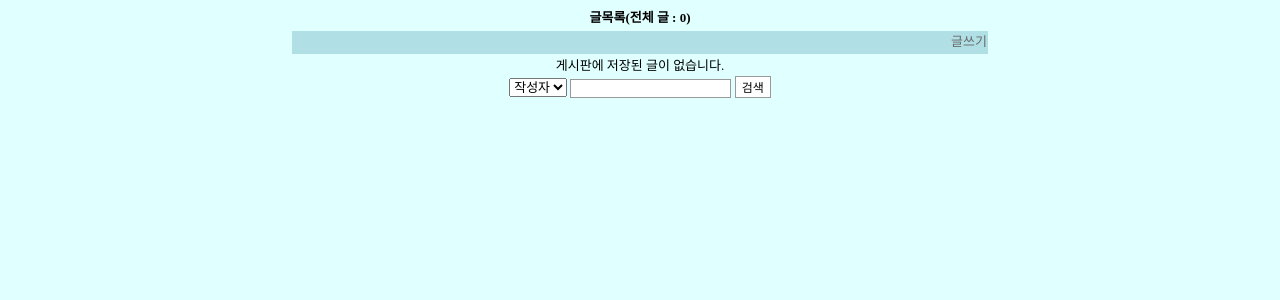
Repository: kr1124/jsp
Page: http://localhost/ServletProject/board/list.jsp
The author's editor kept a copy of each file at every save. The page is drawn from the files as they stood at one save, then again after the next save.
The browser window is 1280 px wide. The pictures show the whole page.
The page is served by Tomcat 9. Other server files are loaded and not shown. Queries for data that is not in the repository find no rows.

Above is the page before, as saved 2024-12-12 03:38:37.

### ServletProject/src/main/webapp/board/list.jsp
<%@ page language="java" contentType="text/html; charset=UTF-8" pageEncoding="UTF-8"%>
<%@ page import="com.board.BoardDAO" %>
<%@ page import="com.board.BoardVO" %>
<%@ page import="java.util.*" %>
<%@ page import="java.text.SimpleDateFormat" %>
<%@ include file="view/color.jsp" %>
<% request.setCharacterEncoding("utf-8"); %>

<%!
	int pageSize = 5; //한 페이지 내에서 보여줄 레코드(게시글) 개수

	SimpleDateFormat sdf = new SimpleDateFormat("yyyy-MM-dd HH:mm");
%>
<%
	String pageNum = request.getParameter("pageNum");
	String searchWhat = request.getParameter("searchWhat"); //writer, subject, content
	String searchText = request.getParameter("searchText"); //검색할 내용

	//파라미터 인코딩
	if(searchText != null) {
		searchText = new String(searchText.getBytes("utf-8"), "utf-8");
	}

	if(pageNum == null) {
		pageNum = "1";
	}
	int currentPage = Integer.parseInt(pageNum);

	int startRow = (currentPage - 1) * pageSize + 1;
	int endRow = currentPage * pageSize;

	int count = 0;
	int number = 0;
	List<BoardVO> articleList = null;
	BoardDAO dbPro = BoardDAO.getInstance();

	// 검색이 아니면 전체 리스트를 보여주고, 검색이면 검색한 내용을 보여준다.


	count = dbPro.getArticleCount();

	if(count > 0) {
		articleList = dbPro.getArticles(startRow, endRow);
	}
	number = count - (currentPage - 1) * pageSize;

%>

<!DOCTYPE html>
<html>
<head>
	<meta charset="UTF-8">
	<title></title>
	<link href="style.css" type="text/css" rel="stylesheet" >
</head>
<body bgcolor="<%=bodyback_c%>">
	<div align="center">
		<b>글목록(전체 글 : <%=count%>)</b>
		<table width="700">
			<tr>
				<td align="right" bgcolor="<%=value_c%>">
					<a href="writeForm.jsp">글쓰기</a>
				</td>
			</tr>
		</table>
	<%if(count == 0) { %>
		<table style="width: 700; border: 1;" cellpadding="0" cellspacing="0">
			<tr>
				<td align="center">
					게시판에 저장된 글이 없습니다.
				</td>
			</tr>
		</table>
	<%} else {%>
		<!-- <table style="width: 700; border: 1; align-items: center" cellpadding="0" cellspacing="0"> -->
		<table style="width: 700; align-items: center;" border="1"  cellpadding="0" cellspacing="0">
			<tr height="30" bgcolor="<%=value_c%>">
				<td align="center" width="50">번호</td>
				<td align="center" width="250">제목</td>
				<td align="center" width="100">작성자</td>
				<td align="center" width="150">작성일</td>
				<td align="center" width="50">조회수</td>
				<td align="center" width="100">IP</td>
			</tr>
			<%
			for(int i = 0; i < articleList.size(); i++) {
				BoardVO article = (BoardVO)articleList.get(i);
			%>
			<tr height="30">
				<td align="center" width="50"><%=number-- %></td>
				<td width="250">
				<%
				int wid = 0;
				if(article.getDepth() > 0) {
					wid = 5 * (article.getDepth());
				%>
					<img src="/img/level.gif" width="<%=wid%>" height="16">
					<img src="/img/re.gif" >
				<%} else { %>
					<img src="/img/level.gif" width="<%=wid%>" height="16">
				<%} %>
					<a href="content.jsp?num=<%=article.getNum()%>&pageNum=<%=currentPage%>">
						<%=article.getSubject() %>
					</a>
					<% if(article.getReadcount() >= 20) { %>
					<img src="img/hot.gif" border="0" height="16">
					<%} %>
				</td>
				<td align="center" width="100">
					<a href="mailto:<%=article.getEmail()%>">
						<%=article.getWriter() %>
					</a>
				</td>
				<td align="center" width="150">
					<%=sdf.format(article.getRegdate()) %>
				</td>
				<td align="center" width="50">
					<%=article.getReadcount() %>
				</td>
				<td align="center" width="100">
					<%=article.getIp() %>
				</td>
			</tr>

			<%}%>
		</table>
	<%} %>
	<%//페이지 블럭
	if(count > 0) {
		int pageBlock = 5; //밑에 나열할 페이지 숫자들의 개수 (6, 7, 8, 9, 10같은거)
		int imsi = count % pageSize == 0 ? 0 : 1;
		int pageCount = count / pageSize + imsi;

		//시작 페이지
		int startPage = (int)((currentPage - 1) / pageBlock) * pageBlock + 1;
		//마지막 페이지
		int endPage = startPage + pageBlock - 1;
		//마지막으로 보여줄 페이지
		if(endPage > pageCount) endPage = pageCount;
		//페이지 블럭을 이전과 다음으로 처리함
		if(startPage > pageBlock) {
		%>
			<a href="list.jsp?pageNum=<%=startPage - pageBlock%>">[이전]</a>
		<%}
		for(int i = startPage; i <= endPage; i++) {
		%>
			<a href="list.jsp?pageNum=<%=i%>">[<%=i%>]</a>
		<%
		}

		if(endPage < pageCount) {
		%>
			<a href="list.jsp?pageNum=<%=startPage + pageBlock%>">[다음]</a>

		<%} %>
	<%}	%>
		<!-- 검색창 -->
		<form action="list.jsp">
			<select name="searchWhat">
				<option value="writer">작성자</option>
				<option value="subject">제목</option>
				<option value="content">내용</option>
			</select>
			<input type="text" name="searchText">
			<input type="submit" value="검색">
		</form>
	</div>
</body>
</html>

### ServletProject/src/main/webapp/board/view/color.jsp
<%@ page language="java" contentType="text/html; charset=UTF-8" pageEncoding="UTF-8"%>
<%
String bodyback_c = "#e0ffff";
String back_c = "#8fbc8f";
String title_c = "#5f9ea0";
String value_c = "#b0e0e6";
String bar = "#778899";
%>

### ServletProject/src/main/java/com/board/BoardDAO.java
package com.board;

import java.sql.*;
import javax.sql.*;
import javax.naming.*;
import java.util.*;


public class BoardDAO {
	private static BoardDAO instance = null;
	private BoardDAO() {}

	public static BoardDAO getInstance() {
		if(instance == null) {
			synchronized(BoardDAO.class) {
				instance = new BoardDAO();
			}
		}

		return instance;
	}

	//데이터베이스에 데이터 추가
	public void insertArticle(BoardVO article) {
		Connection con = null;
		PreparedStatement pstmt = null;
		ResultSet rs = null;

		int num = article.getNum();
		int ref = article.getRef();
		int step = article.getStep();
		int depth = article.getDepth();

		int number = 0;
		String sql = "";

		try {
			con = ConnUtil.getConnection();
			pstmt =  con.prepareStatement("select max(num) from board");
			rs = pstmt.executeQuery();

			if(rs.next()) {
				number = rs.getInt(1);
			} else {
				number = 1;
			}

			if(number != 0) {//답글일 경우
				sql = "update board set step=step+1 where ref=? and step > ?";
				pstmt = con.prepareStatement(sql);
				pstmt.setInt(1, ref);
				pstmt.setInt(2, step);
				pstmt.executeUpdate();
				step++;
				depth++;

			} else {//새글일 경우
				ref = number;
				step = 0;
				depth = 0;
			}
			//데이터 추가하는 쿼리문
			sql = "insert into board(num, writer, email, subject, pass, ref, step, depth, regdate, content, ip) "
					+ "values(board_seq.nextval, ?, ?, ?, ?, ?, ?, ?, ?, ?, ?)";

			pstmt = con.prepareStatement(sql);

			pstmt.setString(1, article.getWriter());
			pstmt.setString(2, article.getEmail());
			pstmt.setString(3, article.getSubject());
			pstmt.setString(4, article.getPass());
			//pstmt.setInt(5, 0);
			pstmt.setInt(5, ref);
			pstmt.setInt(6, step);
			pstmt.setInt(7, depth);
			pstmt.setTimestamp(8, article.getRegdate());
			pstmt.setString(9, article.getContent());
			pstmt.setString(10, article.getIp());
			pstmt.executeUpdate();

		} catch (Exception e) {
			e.printStackTrace();
		} finally {
			if(rs != null) {try {rs.close();} catch(SQLException e) {}}
			if(pstmt != null) {try {pstmt.close();} catch(SQLException e) {}}
			if(con != null) {try {con.close();} catch(SQLException e) {}}
		}
	}

	// 글 목록 화면 작성
	// 전체 글의 갯수를 가져올 메소드 구현
	public int getArticleCount() {
		Connection con = null;
		PreparedStatement pstmt = null;
		ResultSet rs = null;
		int x = 0;

		try {
			con = ConnUtil.getConnection();
			String sql = "select count(*) from board";
			pstmt =  con.prepareStatement(sql);

			rs = pstmt.executeQuery();

			if(rs.next()) {
				x = rs.getInt(1);
			}

		} catch (Exception e) {
			e.printStackTrace();
		} finally {
			if(rs != null) {try {rs.close();} catch(SQLException e) {}}
			if(pstmt != null) {try {pstmt.close();} catch(SQLException e) {}}
			if(con != null) {try {con.close();} catch(SQLException e) {}}
		}

		return x;
	}

	public List<BoardVO> getArticles(int start, int end) {
		Connection con = null;
		PreparedStatement pstmt = null;
		ResultSet rs = null;

		List<BoardVO> articleList = null;

		try {
			con = ConnUtil.getConnection();

			//String sql = "select * from board order by num desc"; //기존 쿼리문
			String sql = "select * from ("
					+ "select rownum rnum, num, writer, email, subject, "
					+ "pass, readcount, ref, step, depth, regdate, content, ip from ("
					+ "select * from board order by ref desc, step asc)) "
					+ "where rnum >= ? and rnum <= ?";
			pstmt = con.prepareStatement(sql);
			pstmt.setInt(1, start);
			pstmt.setInt(2, end);
			rs = pstmt.executeQuery();

			if(rs.next()) {
				articleList = new ArrayList<BoardVO>(end - start + 1);
				do {
					BoardVO article = new BoardVO();
					article.setNum(rs.getInt("num"));
					article.setWriter(rs.getString("writer"));
					article.setEmail(rs.getString("email"));
					article.setSubject(rs.getString("subject"));
					article.setPass(rs.getString("pass"));
					article.setRegdate(rs.getTimestamp("regdate"));
					article.setReadcount(rs.getInt("readcount"));
					article.setRef(rs.getInt("ref"));
					article.setStep(rs.getInt("step"));
					article.setDepth(rs.getInt("depth"));
					article.setContent(rs.getString("content"));
					article.setIp(rs.getString("ip"));

					articleList.add(article);
				} while(rs.next());
			}
		} catch (Exception e) {
			e.printStackTrace();
		} finally {
			if(rs != null) {try {rs.close();} catch(SQLException e) {}}
			if(pstmt != null) {try {pstmt.close();} catch(SQLException e) {}}
			if(con != null) {try {con.close();} catch(SQLException e) {}}
		}

		return articleList;
	}

	//글 제목을 클릭하면 글 내용을 볼 수 있는 작업을 한다.
	//글 번호를 매개변수로 해서 하나의 글에 대한 상세 정보를 데이터베이스에서 가져온다.
	public BoardVO getArticle(int num) {
		Connection con = null;
		PreparedStatement pstmt = null;
		ResultSet rs = null;
		BoardVO article = null;

		try {
			con = ConnUtil.getConnection();
			String sql1 = "update board set readcount=readcount+1 where num=?";
			pstmt = con.prepareStatement(sql1);
			pstmt.setInt(1, num);
			pstmt.executeUpdate();

			String sql2 = "select * from board where num=?";
			pstmt = con.prepareStatement(sql2);
			pstmt.setInt(1, num);
			rs = pstmt.executeQuery();
			if(rs.next()) {
				article = new BoardVO();
				article.setNum(rs.getInt("num"));
				article.setWriter(rs.getString("writer"));
				article.setEmail(rs.getString("email"));
				article.setSubject(rs.getString("subject"));
				article.setPass(rs.getString("pass"));
				article.setRegdate(rs.getTimestamp("regdate"));
				article.setReadcount(rs.getInt("readcount"));
				article.setRef(rs.getInt("ref"));
				article.setStep(rs.getInt("step"));
				article.setDepth(rs.getInt("depth"));
				article.setContent(rs.getString("content"));
				article.setIp(rs.getString("ip"));
			}
		} catch(SQLException se) {
			se.printStackTrace();
		} finally {
			if(rs!=null){try {rs.close();} catch(Exception e) {e.printStackTrace();}}
			if(pstmt!=null){try {pstmt.close();} catch(Exception e) {e.printStackTrace();}}
			if(con!=null){try {con.close();} catch(Exception e) {e.printStackTrace();}}
		}

		return article;
	}


	//글 수정 / 글 목록 보기와는 다르게 조회수를 증가 시킬 필요가 없음
	//따라서 num에 해당하는 글을 가져옴
	public BoardVO updateGetArticle(int num) {
		Connection con = null;
		PreparedStatement pstmt = null;
		ResultSet rs = null;
		BoardVO article = null;

		try {
			con = ConnUtil.getConnection();
			String sql = "select * from board where num=?";
			pstmt = con.prepareStatement(sql);
			pstmt.setInt(1, num);
			rs = pstmt.executeQuery();

			if(rs.next()) {
				article = new BoardVO();
				article.setNum(rs.getInt("num"));
				article.setWriter(rs.getString("writer"));
				article.setEmail(rs.getString("email"));
				article.setSubject(rs.getString("subject"));
				article.setPass(rs.getString("pass"));
				article.setRegdate(rs.getTimestamp("regdate"));
				article.setReadcount(rs.getInt("readcount"));
				article.setRef(rs.getInt("ref"));
				article.setStep(rs.getInt("step"));
				article.setDepth(rs.getInt("depth"));
				article.setContent(rs.getString("content"));
				article.setIp(rs.getString("ip"));
			}

		} catch (Exception e) {
			e.printStackTrace();
		} finally {
			if(rs != null) {try {rs.close();} catch(SQLException e) {}}
			if(pstmt != null) {try {pstmt.close();} catch(SQLException e) {}}
			if(con != null) {try {con.close();} catch(SQLException e) {}}
		}

		return article;
	}//end of updateGetArticle

	//글 수정 버튼을 클릭하면 실제 데이터베이스의 글이 수정되어야함.
	public int updateArticle(BoardVO article) {
		Connection con = null;
		PreparedStatement pstmt = null;
		ResultSet rs = null;
		int result = -1;

		try {
			con = ConnUtil.getConnection();
			String sql = "select pass from board where num=?";
			pstmt = con.prepareStatement(sql);
			pstmt.setInt(1, article.getNum());

			rs = pstmt.executeQuery();

			if(rs.next()) {
				String dbpasswd = rs.getString("pass");
				if(dbpasswd.equals(article.getPass())) {
					String sql2 = "update board set writer=?, email=?, subject=?, content=? where num=?";
					pstmt = con.prepareStatement(sql2);
					pstmt.setString(1, article.getWriter());
					pstmt.setString(2, article.getEmail());
					pstmt.setString(3, article.getSubject());
					pstmt.setString(4, article.getContent());
					pstmt.setInt(5, article.getNum());

					pstmt.executeUpdate();

					result = 1;
				} else {
					result = 0; //비밀번호 오류, 수정 실패
				}
			}

		} catch (Exception e) {
			e.printStackTrace();
		} finally {
			if(rs != null) {try {rs.close();} catch(SQLException e) {}}
			if(pstmt != null) {try {pstmt.close();} catch(SQLException e) {}}
			if(con != null) {try {con.close();} catch(SQLException e) {}}
		}

		return result;
	}

	//글 삭제 버튼을 클릭하면 삭제처리가 되어야한다.
	//비밀번호를 입력 받아 기존 비밀번호와 동일하면 삭제
	public int deleteArticle(int num, String pass) {
		Connection con = null;
		PreparedStatement pstmt = null;
		ResultSet rs = null;
		int result = -1; //번호에 해당하는 글이 존재하지 않는 경우, -1을 반환

		try {
			con = ConnUtil.getConnection();
			String sql1 = "select pass from board where num=?";

			pstmt = con.prepareStatement(sql1);
			pstmt.setInt(1, num);
			rs = pstmt.executeQuery();

			if(rs.next()) {
				String dbpasswd = rs.getString("pass");
				if(dbpasswd.equals(pass)) {
					String sql2 = "delete from board where num=?";

					pstmt = con.prepareStatement(sql2);
					pstmt.setInt(1, num);
					pstmt.executeUpdate();

					result = 1;
				} else {
					result = 0; //비밀번호 오류, 삭제 실패
				}
			}

		} catch (Exception e) {
			e.printStackTrace();
		} finally {
			if(rs != null) {try {rs.close();} catch(SQLException e) {}}
			if(pstmt != null) {try {pstmt.close();} catch(SQLException e) {}}
			if(con != null) {try {con.close();} catch(SQLException e) {}}
		}

		return result;
	}//deleteArticle

	//검색한 내용이 몇개인지를 반환함(what:검색조건, content: 검색내용)
	public int getArticleCount(String what, String content) {
		Connection con = null;
		PreparedStatement pstmt = null;
		ResultSet rs = null;
		int x = 0;

		try {
			con = ConnUtil.getConnection();
			//String sql = "select count(*) from board";
			String sql = "select count(*) from board where " + what + " like '%" + content + "%'";
			pstmt =  con.prepareStatement(sql);

			rs = pstmt.executeQuery();

			if(rs.next()) {
				x = rs.getInt(1);
			}

		} catch (Exception e) {
			e.printStackTrace();
		} finally {
			if(rs != null) {try {rs.close();} catch(SQLException e) {}}
			if(pstmt != null) {try {pstmt.close();} catch(SQLException e) {}}
			if(con != null) {try {con.close();} catch(SQLException e) {}}
		}

		return x;
	}//getArticleCount(String what, String content)

	//검색할 내용을 리스트로 받아옴
	public List<BoardVO> getArticles(String what, String content, int start, int end) {
		Connection con = null;
		PreparedStatement pstmt = null;
		ResultSet rs = null;

		List<BoardVO> articleList = null;

		try {
			con = ConnUtil.getConnection();

			//String sql = "select * from board order by num desc"; //기존 쿼리문
			String sql = "select * from ("
					+ "select rownum rnum, num, writer, email, subject, "
					+ "pass, readcount, ref, step, depth, regdate, content, ip from ("
					+ "select * from board where "
					+ what + " like '%" + content + "%' order by ref desc, step asc)) "
					+ "where rnum >= ? and rnum <= ?";


			pstmt = con.prepareStatement(sql);
			pstmt.setInt(1, start);
			pstmt.setInt(2, end);
			rs = pstmt.executeQuery();

			if(rs.next()) {
				articleList = new ArrayList<BoardVO>(end - start + 1);
				do {
					BoardVO article = new BoardVO();
					article.setNum(rs.getInt("num"));
					article.setWriter(rs.getString("writer"));
					article.setEmail(rs.getString("email"));
					article.setSubject(rs.getString("subject"));
					article.setPass(rs.getString("pass"));
					article.setRegdate(rs.getTimestamp("regdate"));
					article.setReadcount(rs.getInt("readcount"));
					article.setRef(rs.getInt("ref"));
					article.setStep(rs.getInt("step"));
					article.setDepth(rs.getInt("depth"));
					article.setContent(rs.getString("content"));
					article.setIp(rs.getString("ip"));

					articleList.add(article);
				} while(rs.next());
			}
		} catch (Exception e) {
			e.printStackTrace();
		} finally {
			if(rs != null) {try {rs.close();} catch(SQLException e) {}}
			if(pstmt != null) {try {pstmt.close();} catch(SQLException e) {}}
			if(con != null) {try {con.close();} catch(SQLException e) {}}
		}

		return articleList;
	}

}

### ServletProject/src/main/java/com/board/ConnUtil.java
package com.board;

import java.sql.*;
import javax.sql.*;
import javax.naming.*;

public class ConnUtil {
	private static DataSource ds;

	static {
		try {
			Context initContext = new InitialContext();
			Context envContext  = (Context)initContext.lookup("java:/comp/env");
			ds = (DataSource)envContext.lookup("jdbc/myOracle");
		} catch(NamingException ne) {
			ne.printStackTrace();
		}
	}

	public static Connection getConnection() throws SQLException {
		return ds.getConnection();
	}
}

### ServletProject/src/main/webapp/board/style.css
@charset "UTF-8";
body, table, tr, td, select, div, form {
	font-size : 13px;
	color: black;
	line-height: 160%;
	font-family: serif;
}

textarea, input {
	border-right: 1px solid #999999;
	border-top: 1px solid #999999;
	border-left: 1px solid #999999;
	border-bottom: 1px solid #999999;
	font-size: 9pt;
	color: black;
	background-color: white;
	font-family: serif;
}

a:link {
	text-decoration: none;
	color: #696969;
}
a:hover {
	text-decoration: yes;
	color: #66ccff;
}
a:visited {
	text-decoration: none;
	color: #330066;
}

### ServletProject/src/main/webapp/error/error500.jsp
<%@ page language="java" contentType="text/html; charset=UTF-8"
    pageEncoding="UTF-8"%>
<% response.setStatus(HttpServletResponse.SC_OK); %>

<!DOCTYPE html>
<html>
<head>
<meta charset="UTF-8">
<title>500 에러 발생</title>
</head>
<body>
	<b>서비스 처리 과정에서 에러가 발생했습니다.</b>
</body>
</html>

After the next save:
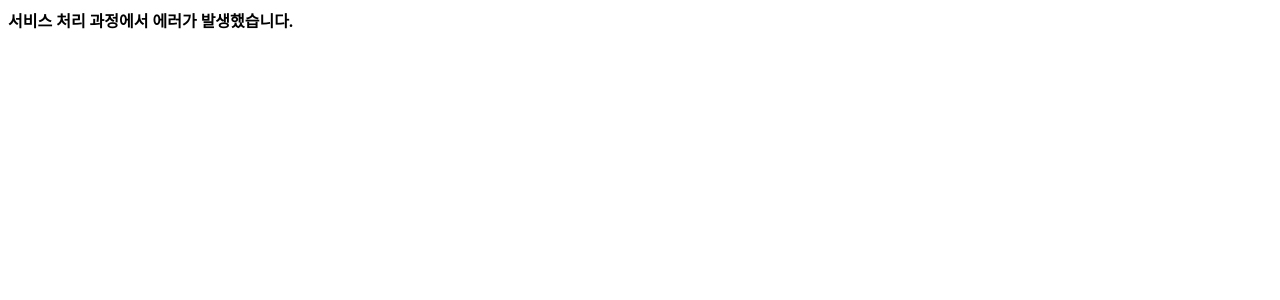
Saved 6 s later.
--- a/ServletProject/src/main/webapp/board/list.jsp
+++ b/ServletProject/src/main/webapp/board/list.jsp
@@ -35,7 +35,11 @@
 	BoardDAO dbPro = BoardDAO.getInstance();
 
 	// 검색이 아니면 전체 리스트를 보여주고, 검색이면 검색한 내용을 보여준다.
+	if() {
 
+	} else {
+
+	}
 
 	count = dbPro.getArticleCount();
 

After the save that followed:
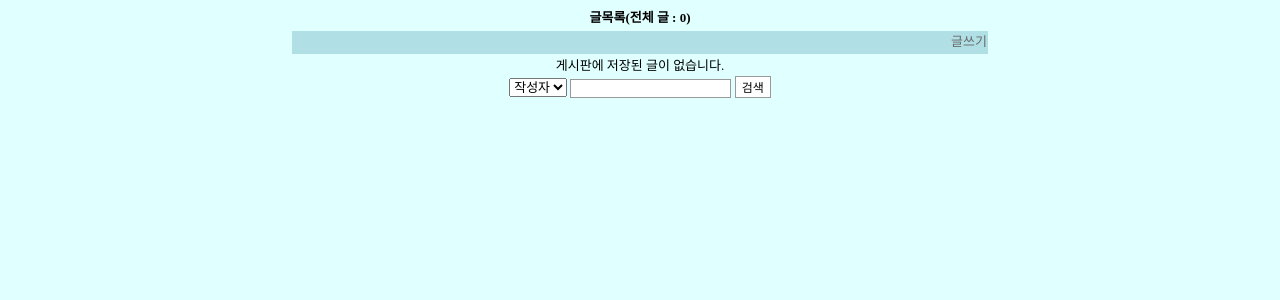
Saved 64 s later.
--- a/ServletProject/src/main/webapp/board/list.jsp
+++ b/ServletProject/src/main/webapp/board/list.jsp
@@ -35,17 +35,21 @@
 	BoardDAO dbPro = BoardDAO.getInstance();
 
 	// 검색이 아니면 전체 리스트를 보여주고, 검색이면 검색한 내용을 보여준다.
-	if() {
+	if(searchText == null) {
+		count = dbPro.getArticleCount();
 
+		if(count > 0) {
+			articleList = dbPro.getArticles(startRow, endRow);
+		}
 	} else {
+		count = dbPro.getArticleCount();
 
+		if(count > 0) {
+			articleList = dbPro.getArticles(startRow, endRow);
+		}
 	}
 
-	count = dbPro.getArticleCount();
 
-	if(count > 0) {
-		articleList = dbPro.getArticles(startRow, endRow);
-	}
 	number = count - (currentPage - 1) * pageSize;
 
 %>
